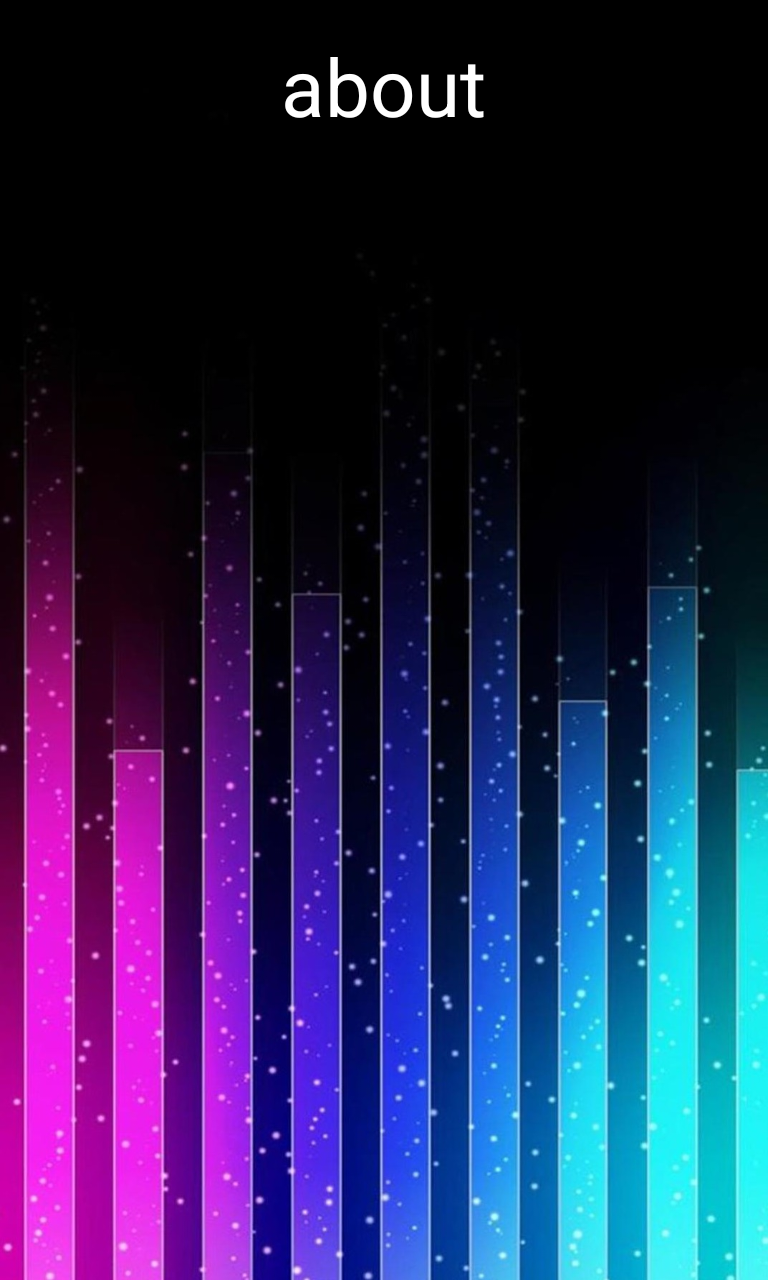
Repository: SoundBoardJAMJ/Project
Layout: workspace/SoundBoard/res/layout/about.xml
The author's editor kept a copy of each file at every save. The layout is drawn from the files as they stood at one save, then again after the next save.
It is drawn on a 768 x 1280 px phone screen (xhdpi) without system bars, with theme AppTheme; the app's code is not run.

Above is the layout before, as saved 2014-05-02 16:05:21.

### workspace/SoundBoard/res/layout/about.xml
<RelativeLayout xmlns:android="http://schemas.android.com/apk/res/android"
    xmlns:tools="http://schemas.android.com/tools"
    android:layout_width="match_parent"
    android:layout_height="match_parent"
    android:background="@drawable/image1"
    android:paddingBottom="@dimen/activity_vertical_margin"
    android:paddingLeft="@dimen/activity_horizontal_margin"
    android:paddingRight="@dimen/activity_horizontal_margin"
    android:paddingTop="@dimen/activity_vertical_margin"
    tools:context="com.example.soundboard.About$PlaceholderFragment" >

    <TextView
        android:id="@+id/textView1"
        android:layout_width="wrap_content"
        android:layout_height="wrap_content"
        android:layout_alignParentTop="true"
        android:layout_centerHorizontal="true"
        android:alpha="1.0"
        android:text="about"
        android:textColor="@android:color/white"
        android:textSize="40sp"
        android:typeface="normal" />


</RelativeLayout>

Loaded but not shown: workspace/SoundBoard/res/values/styles.xml (common file); workspace/SoundBoard/res/values-v11/styles.xml (common file); workspace/SoundBoard/res/values-v14/styles.xml (common file); workspace/SoundBoard/res/values/dimens.xml (common file); workspace/SoundBoard/res/values-w820dp/dimens.xml (common file)

After the next save:
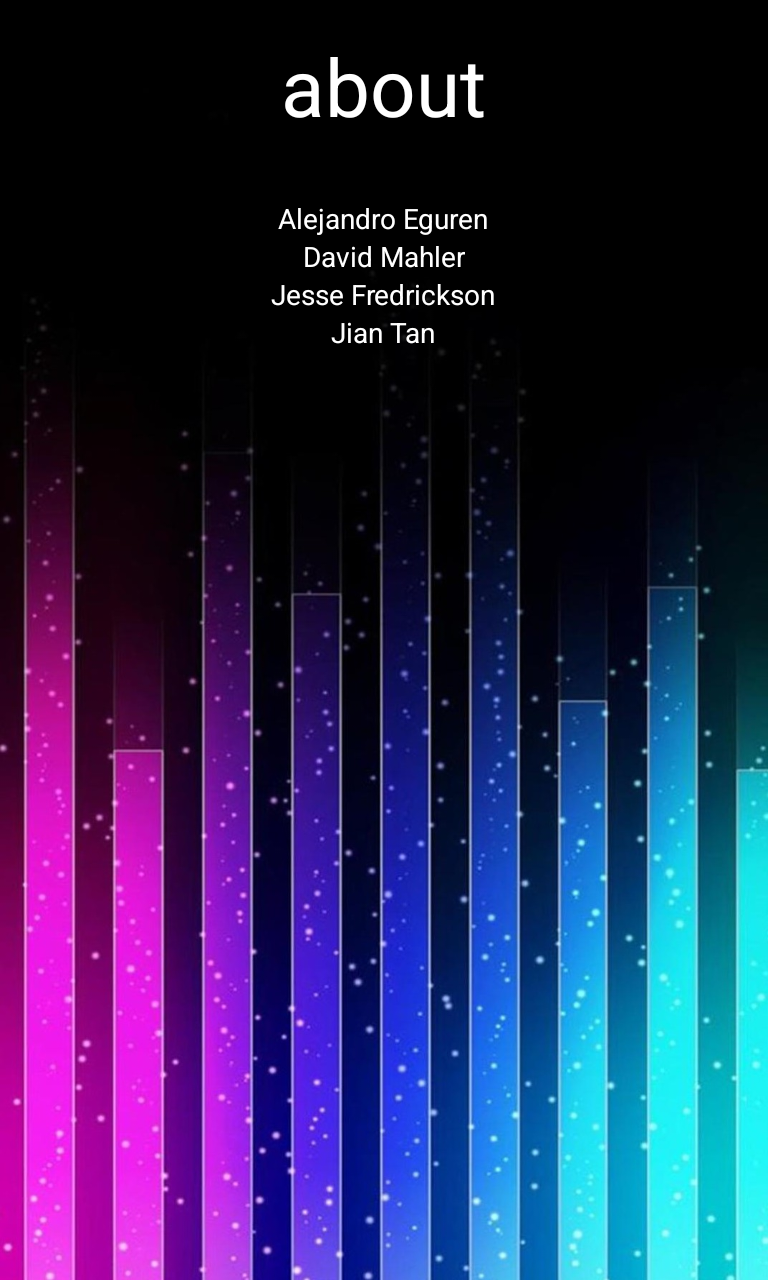
Saved 12 min 59 s later.
--- a/workspace/SoundBoard/res/layout/about.xml
+++ b/workspace/SoundBoard/res/layout/about.xml
@@ -21,5 +21,41 @@
         android:textSize="40sp"
         android:typeface="normal" />
 
+    <TextView
+        android:id="@+id/textView2"
+        android:layout_width="wrap_content"
+        android:layout_height="wrap_content"
+        android:layout_below="@+id/textView1"
+        android:layout_marginTop="30dp"
+        android:layout_centerHorizontal="true"
+        android:textColor="@android:color/white"
+        android:text="Alejandro Eguren" />
+
+    <TextView
+        android:id="@+id/textView3"
+        android:layout_width="wrap_content"
+        android:layout_height="wrap_content"
+        android:layout_below="@+id/textView2"
+        android:layout_centerHorizontal="true"
+        android:textColor="@android:color/white"
+        android:text="David Mahler" />
+
+    <TextView
+        android:id="@+id/textView4"
+        android:layout_width="wrap_content"
+        android:layout_height="wrap_content"
+        android:layout_below="@+id/textView3"
+        android:layout_centerHorizontal="true"
+        android:textColor="@android:color/white"
+        android:text="Jesse Fredrickson" />
+
+    <TextView
+        android:id="@+id/textView5"
+        android:layout_width="wrap_content"
+        android:layout_height="wrap_content"
+        android:layout_below="@+id/textView4"
+        android:layout_centerHorizontal="true"
+        android:textColor="@android:color/white"
+        android:text="Jian Tan" />
 
 </RelativeLayout>
